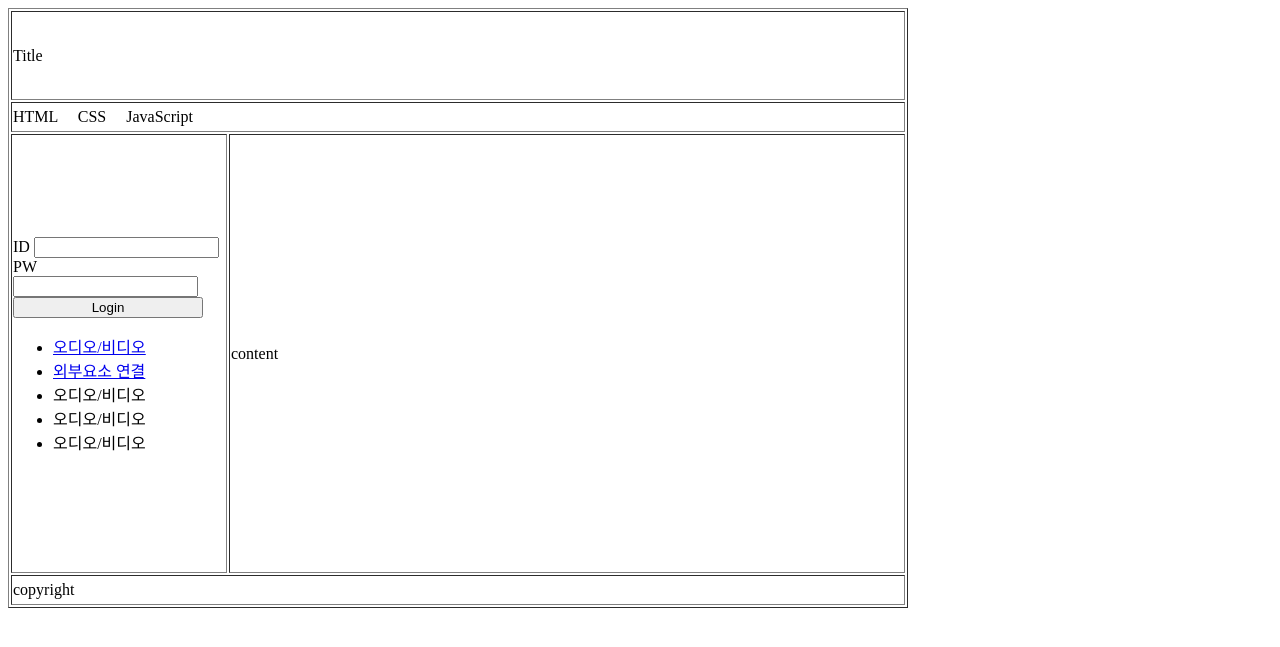
Repository: Hwangjiwon/MultiCampus
Page: 2Study/WebContent/index.html
An editor plug-in stored every save of this project. The page is shown before and after the next save, followed by the edit.
The browser window is 1280 px wide. The pictures show the whole page.

Above is the page before, as saved 2019-05-30 05:06:17.

### 2Study/WebContent/index.html
<!DOCTYPE html>
<html>
<head>
<meta charset="UTF-8">
<title>Insert title here</title>
</head>
<body>
	 <table border="1" width="900" height="600">
      <tr height="15%"><td colspan="2">Title</td></tr>
      <tr height="5%"><td colspan="2">HTML &nbsp;&nbsp;&nbsp; CSS &nbsp;&nbsp;&nbsp; JavaScript</td></tr>
      <tr><td width="20%">
      <form style="width: 212px; ">
					ID <input><br>
					PW <input type="password"><br>
					<input type="submit" value="Login" style="width: 190px; ">
	  </form>
				<ul>
         <li><a href ="html/audio_video.html">오디오/비디오</a></li>
         <li><a href ="html/iframe.html">외부요소 연결</a></li>
         <li>오디오/비디오</li>
         <li>오디오/비디오</li>
         <li>오디오/비디오</li>
      </ul></td><td>content</td></tr>
      <tr height="5%"><td colspan="2">copyright</td></tr>
   </table>

</body>
</html>

After the next save:
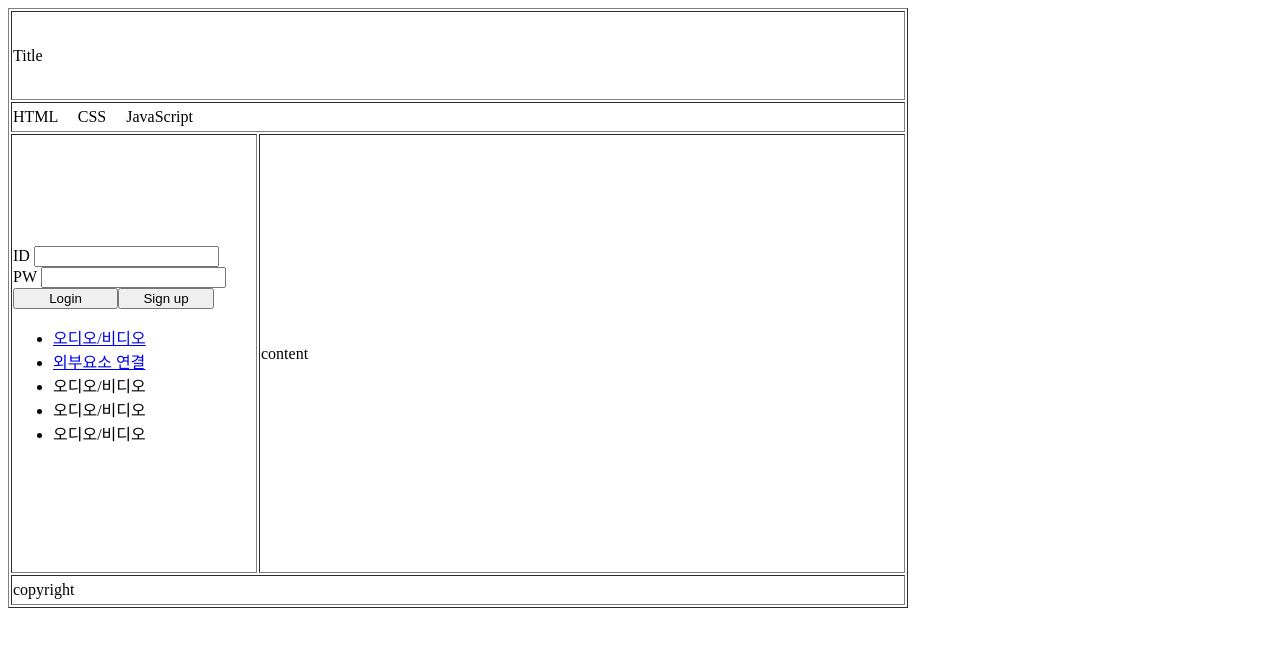
Saved 2 min 19 s later.
--- a/2Study/WebContent/index.html
+++ b/2Study/WebContent/index.html
@@ -9,11 +9,12 @@
       <tr height="15%"><td colspan="2">Title</td></tr>
       <tr height="5%"><td colspan="2">HTML &nbsp;&nbsp;&nbsp; CSS &nbsp;&nbsp;&nbsp; JavaScript</td></tr>
       <tr><td width="20%">
-      <form style="width: 212px; ">
+      <form style="width: 242px; " method ="GET" action ="Main">
 					ID <input><br>
 					PW <input type="password"><br>
-					<input type="submit" value="Login" style="width: 190px; ">
-	  </form>
+					<input type="submit" value="Login" style="width: 105px; "><input
+						type="submit" value="Sign up" style="width: 96px; ">
+				</form>
 				<ul>
          <li><a href ="html/audio_video.html">오디오/비디오</a></li>
          <li><a href ="html/iframe.html">외부요소 연결</a></li>
